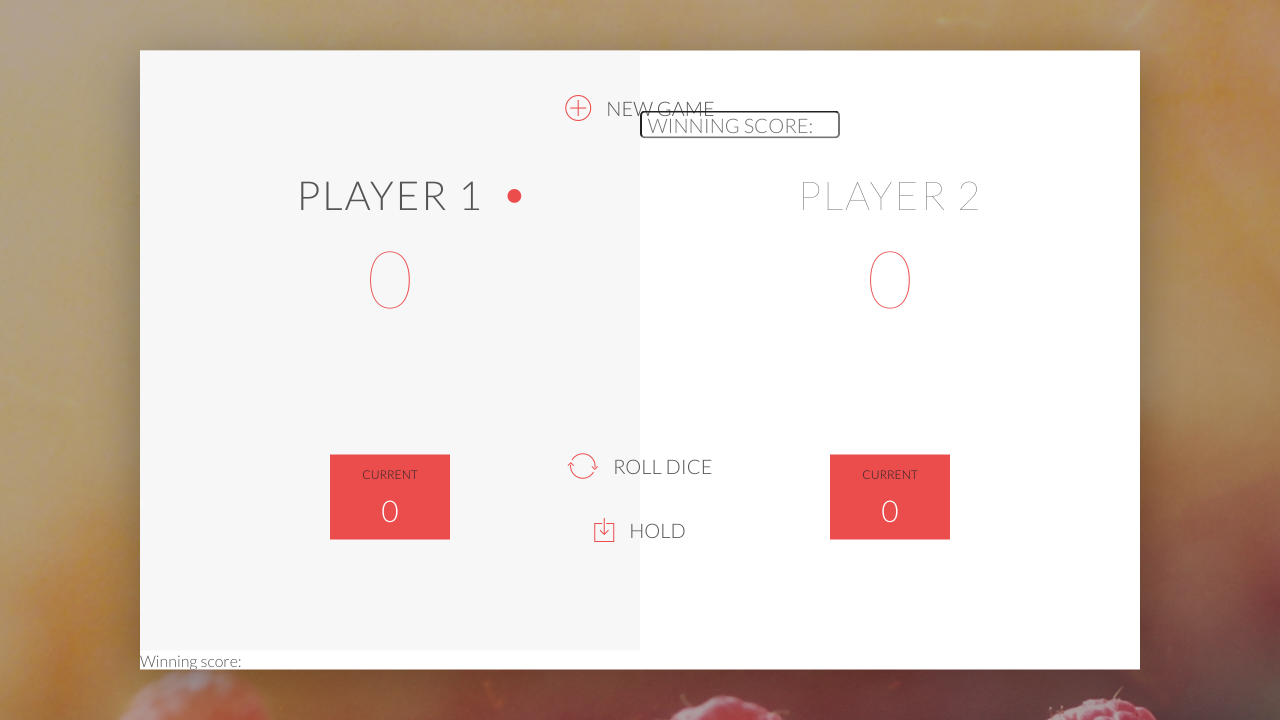
Repository: hexanek/hexanek.github.io
Page: pig-game/index.html
These files come from the project's save history. The page is drawn as it stood at one moment and after the next save; the edit follows.
The browser window is 1280 px wide. The pictures show the whole page.

Above is the page before, as saved 2019-12-19 23:56:57.

### pig-game/index.html
<!DOCTYPE html>
<html lang="en">
    <head>
        <meta charset="UTF-8">
        <link href="https://fonts.googleapis.com/css?family=Lato:100,300,600" rel="stylesheet" type="text/css">
        <link href="http://code.ionicframework.com/ionicons/2.0.1/css/ionicons.min.css" rel="stylesheet" type="text/css">
        <link type="text/css" rel="stylesheet" href="style.css">

        <title>Pig Game</title>
    </head>

    <body>
        <div class="wrapper clearfix">
            <div class="player-0-panel active">
                <div class="player-name" id="name-0">Player 1</div>
                <div class="player-score" id="score-0">43</div>
                <div class="player-current-box">
                    <div class="player-current-label">Current</div>
                    <div class="player-current-score" id="current-0">11</div>
                </div>
            </div>

            <div class="player-1-panel">
                <div class="player-name" id="name-1">Player 2</div>
                <div class="player-score" id="score-1">72</div>
                <div class="player-current-box">
                    <div class="player-current-label">Current</div>
                    <div class="player-current-score" id="current-1">0</div>
                </div>
            </div>

            <button class="btn-new"><i class="ion-ios-plus-outline"></i>New game</button>
            <button class="btn-roll"><i class="ion-ios-loop"></i>Roll dice</button>
            <button class="btn-hold"><i class="ion-ios-download-outline"></i>Hold</button>
            <!-- <button class="btn-save" form="formScore"><i class="ion-archive"></i>Save</button> -->
            <!-- <form class="form-score" id="formScore"> -->
            Winning score: <input class="input-score" type="number" name="WinningScore" placeholder="Winning score: " id="winScore">
            <!-- </form> -->
            <img src="dice-5.png" alt="Dice" class="dice">
            <img src="dice-5.png" alt="Dice2" class="dice2" id="dice2">

        </div>

        <script src="app.js"></script>
    </body>
</html>

### pig-game/style.css
/**********************************************
*** GENERAL
**********************************************/

* {
    margin: 0;
    padding: 0;
    box-sizing: border-box;

}

.clearfix::after {
    content: "";
    display: table;
    clear: both;
}

body {
    background-image: linear-gradient(rgba(62, 20, 20, 0.4), rgba(62, 20, 20, 0.4)), url(back.jpg);
    background-size: cover;
    background-position: center;
    font-family: Lato;
    font-weight: 300;
    position: relative;
    height: 100vh;
    color: #555;
}

.wrapper {
    width: 1000px;
    position: absolute;
    top: 50%;
    left: 50%;
    transform: translate(-50%, -50%);
    background-color: #fff;
    box-shadow: 0px 10px 50px rgba(0, 0, 0, 0.3);
    overflow: hidden;
}

.player-0-panel,
.player-1-panel {
    width: 50%;
    float: left;
    height: 600px;
    padding: 100px;
}



/**********************************************
*** PLAYERS
**********************************************/

.player-name {
    font-size: 40px;
    text-align: center;
    text-transform: uppercase;
    letter-spacing: 2px;
    font-weight: 100;
    margin-top: 20px;
    margin-bottom: 10px;
    position: relative;
}

.player-score {
    text-align: center;
    font-size: 80px;
    font-weight: 100;
    color: #EB4D4D;
    margin-bottom: 130px;
}

.active { background-color: #f7f7f7; }
.active .player-name { font-weight: 300; }

.active .player-name::after {
    content: "\2022";
    font-size: 47px;
    position: absolute;
    color: #EB4D4D;
    top: -7px;
    right: 10px;

}

.player-current-box {
    background-color: #EB4D4D;
    color: #fff;
    width: 40%;
    margin: 0 auto;
    padding: 12px;
    text-align: center;
}

.player-current-label {
    text-transform: uppercase;
    margin-bottom: 10px;
    font-size: 12px;
    color: #222;
}

.player-current-score {
    font-size: 30px;
}

button {
    position: absolute;
    width: 200px;
    left: 50%;
    transform: translateX(-50%);
    color: #555;
    background: none;
    border: none;
    font-family: Lato;
    font-size: 20px;
    text-transform: uppercase;
    cursor: pointer;
    font-weight: 300;
    transition: background-color 0.3s, color 0.3s;
}


button:hover { font-weight: 600; }
button:hover i { margin-right: 20px; }

button:focus {
    outline: none;
}

i {
    color: #EB4D4D;
    display: inline-block;
    margin-right: 15px;
    font-size: 32px;
    line-height: 1;
    vertical-align: text-top;
    margin-top: -4px;
    transition: margin 0.3s;
}

.btn-new { top: 45px;}
.btn-roll { top: 403px;}
.btn-hold { top: 467px;}
.btn-save {
    left: 90%;
    top: 45px;
}
/* .input-score {
     top: 83px;
     position: absolute;
    width: 53px;
    left: 50%;
    transform: translateX(-50%);
    color: #555;
    background: none;
    border-radius: 5px;
    font-family: Lato;
    font-size: 20px;
    text-transform: uppercase;
    cursor: default;
    font-weight: 300;
    transition: background-color 0.3s, color 0.3s;
    } */
.input:focus{
    border: 3px solid #555;
}
/* .form-score{
    top: 45px;
     position: absolute;
    width: 240px;
    left: 73%;
    transform: translateX(-50%);
    color: #555;
    background: none;
    border-radius: 5px;
    font-family: Lato;
    font-size: 20px;
    text-transform: uppercase;
    cursor: default;
    font-weight: 300;
    transition: background-color 0.3s, color 0.3s;
} */
.input-score {
    position: absolute;
    top: 60px;
    left: 50%;
    text-align: center;
    width: 200px;
    color: #555;
    background: none;
    border-radius: 5px;
    font-family: Lato;
    font-size: 20px;
    text-transform: uppercase;
    cursor: default;
    font-weight: 300;
    transition: background-color 0.3s, color 0.3s;
}

.dice {
    position: absolute;
    left: 55%;
    top: 178px;
    transform: translateX(-50%);
    height: 100px;
    box-shadow: 0px 10px 60px rgba(0, 0, 0, 0.10);
}
.dice2 {
    position: absolute;
    left: 45%;
    top: 178px;
    transform: translateX(-50%);
    height: 100px;
    box-shadow: 0px 10px 60px rgba(0, 0, 0, 0.10);
}

.winner { background-color: #f7f7f7; }
.winner .player-name { font-weight: 300; color: #EB4D4D; }

### pig-game/app.js

var scores, roundScore, activePlayer, gamePlaying, doubleSix, winScore, dice2, doubleSix2;
    init();



document.querySelector('.btn-roll').addEventListener('click', function(){
    if(gamePlaying){
    var dice = Math.floor(Math.random() * 6) + 1;
    var dice2 = Math.floor(Math.random() * 6) + 1;


    var diceDom = document.querySelector('.dice');
    diceDom.style.display = 'block';
    diceDom.src = 'dice-' + dice + '.png';

    var dice2Dom = document.querySelector('.dice2');
    dice2Dom.style.display = 'block';
    dice2Dom.src = 'dice-' + dice2 + '.png';

    if((dice === 6 && doubleSix === 6) || (dice2 === 6 && doubleSix2 === 6)){

        scores[activePlayer] = 0;
        document.querySelector('#score-' + activePlayer).textContent = scores[activePlayer];
        nextPlayer();
    }

    else if(dice !== 1 && doubleSix !== dice && doubleSix !== dice2) {

        roundScore += dice;
        roundScore += dice2;
        document.querySelector('#current-' + activePlayer).textContent = roundScore;

    } else {

        nextPlayer();


    }
    doubleSix = dice;
    doubleSix2 = dice2;

}


});




document.querySelector('.btn-hold').addEventListener('click', function(){
    if(gamePlaying){
    scores[activePlayer] += roundScore;
    document.querySelector('#score-' + activePlayer).textContent = scores[activePlayer];


    if (scores[activePlayer] >= winScore) {
        document.getElementById('name-' + activePlayer).textContent = 'Winner!';
        document.querySelector('.player-'+activePlayer+ '-panel').classList.add('winner');
        document.querySelector('.player-'+activePlayer+ '-panel').classList.remove('active');
        document.querySelector('.dice').style.display = 'none';
        document.querySelector('.dice2').style.display = 'none';
        gamePlaying = false;


    } else {
        nextPlayer();

    }
}
});

document.querySelector('.btn-new').addEventListener('click',  init);


function nextPlayer(){
    activePlayer === 0 ? activePlayer = 1 : activePlayer = 0;
        roundScore = 0;
        document.getElementById('current-0').textContent = '0';
        document.getElementById('current-1').textContent = '0';

        document.querySelector('.player-0-panel').classList.toggle('active');
        document.querySelector('.player-1-panel').classList.toggle('active');

        document.querySelector('.dice').style.display = 'none';
        document.querySelector('.dice2').style.display = 'none';
}

function init(){
    scores = [0,0];
    roundScore = 0;
    activePlayer = 0;
    gamePlaying = true;

    document.querySelector('.dice').style.display = 'none';
    document.querySelector('.dice2').style.display = 'none';

    //document.querySelector('#current-'+ activePlayer).textContent = dice;
    document.getElementById('score-0').textContent = '0';
    document.getElementById('score-1').textContent = '0';
    document.getElementById('current-0').textContent = '0';
    document.getElementById('current-1').textContent = '0';
    document.getElementById('name-0').textContent = 'Player 1';
    document.getElementById('name-1').textContent = 'Player 2';
    document.querySelector('.player-0-panel').classList.remove('winner');
    document.querySelector('.player-1-panel').classList.remove('winner');
    document.querySelector('.player-0-panel').classList.remove('active');
    document.querySelector('.player-1-panel').classList.remove('active');
    document.querySelector('.player-0-panel').classList.add('active');
    winScore = document.getElementById('winScore').value;


}

After the next save:
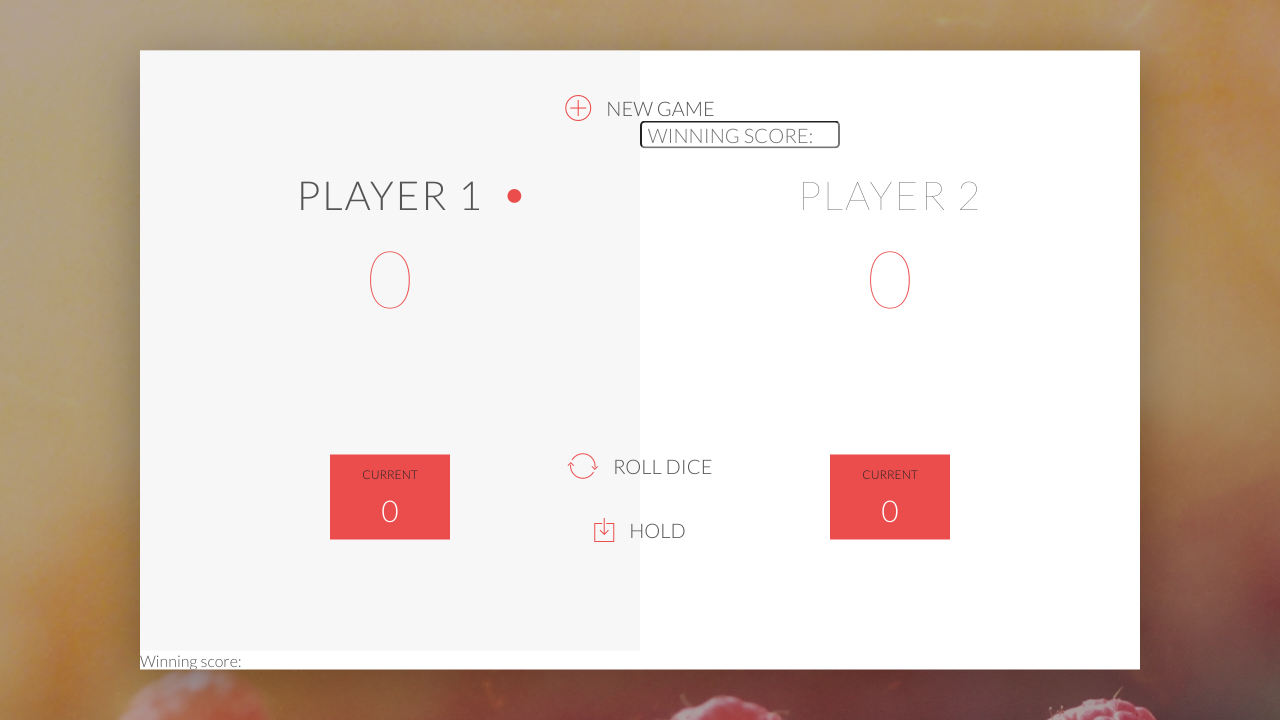
Saved 11 s later.
--- a/pig-game/style.css
+++ b/pig-game/style.css
@@ -182,7 +182,7 @@ i {
 } */
 .input-score {
     position: absolute;
-    top: 60px;
+    top: 70px;
     left: 50%;
     text-align: center;
     width: 200px;
